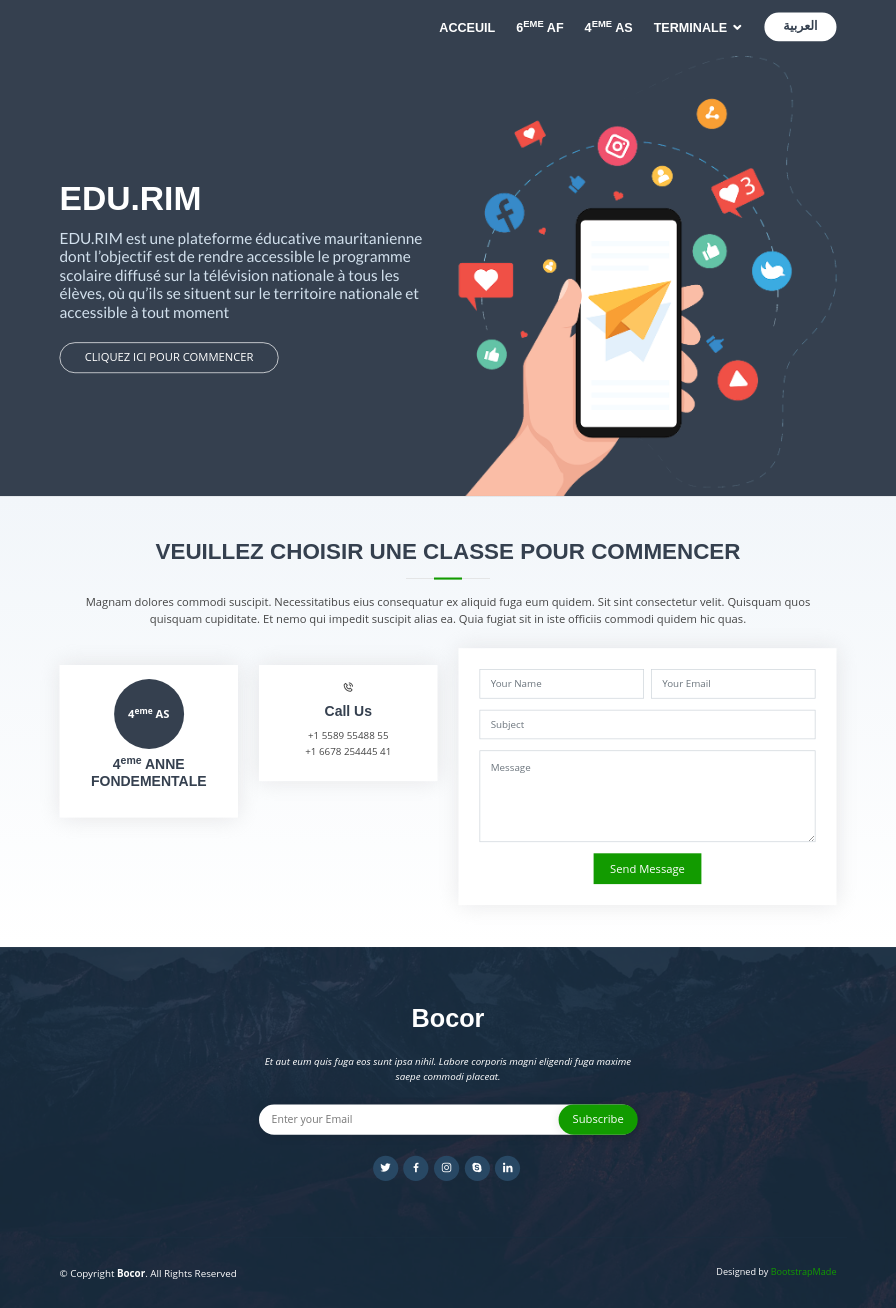
Repository: athiemohamed/courat
Page: http://localhost/
These files come from the project's save history. The page is drawn as it stood at one moment and after a run of saves; the edit follows.
The browser window is 1280 px wide. The pictures show the whole page, at 70% of full size.
Some web fonts or font styles are not loaded; a fallback is used. The page is run by PHP 8.4 with error messages shown; the project is at /var/www/html/.

Above is the page before, as saved 2020-03-26 13:07:13.

After the next 2 saves:
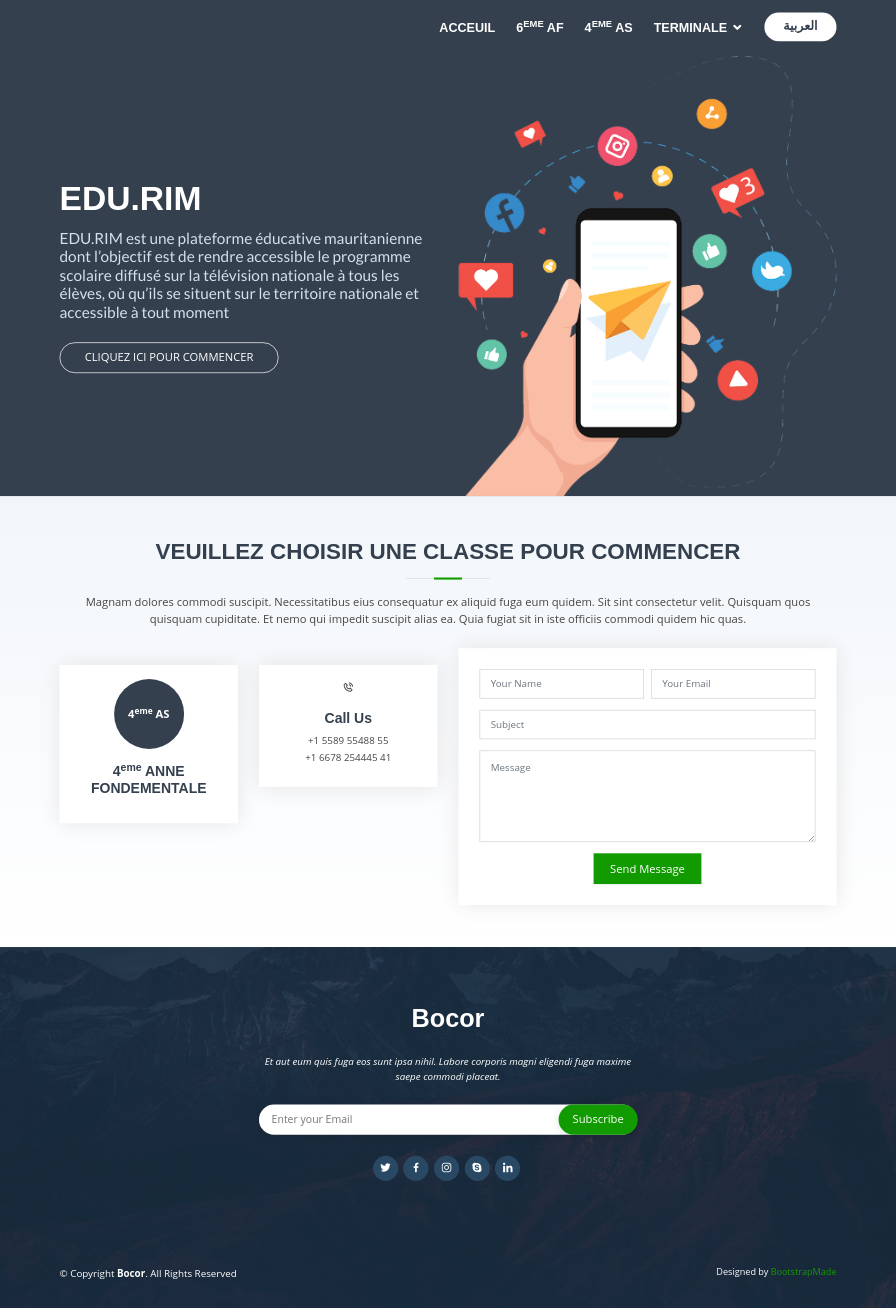
The 2 saves are shown as one change because they came seconds apart.
The last was saved 8 s later.
--- a/assets/css/style.css
+++ b/assets/css/style.css
@@ -1037,7 +1037,7 @@ section {
   font-weight: bold;
   padding-left: 10px;
   padding-right: 10px;
-  margin: 10px 0;
+  margin-top: 20px;
 }
 
 .contact .info-box p {
